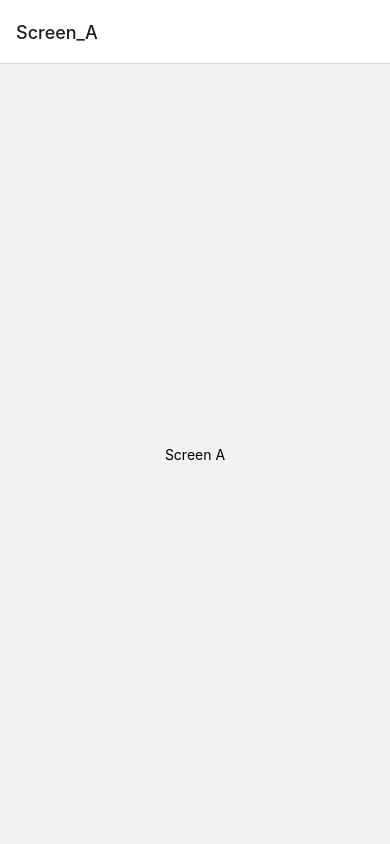
Repository: ntu34543/Navigation
Screen: /
These files come from the project's save history. The screen is drawn as it stood at one moment and after a run of saves; the edit follows.
The app was drawn by React Native's web renderer in a window 390 px wide. The project was rebuilt for these pictures with package versions that can differ from the ones it lists, and the page was loaded fresh each time.

Above is the screen before, as saved 2022-09-18 16:50:56.

### App.js
import { StatusBar } from 'expo-status-bar';
import { StyleSheet, Text, View } from 'react-native';
import { NavigationContainer } from '@react-navigation/native';
import { createStackNavigator } from '@react-navigation/stack';

const Stack = createStackNavigator();

function ScreenA(){
  return(
    <View style={styles.body}>
      <Text style={styles.text}>
        Screen A
      </Text>
    </View>
  )
}

export default function App() {
  return (
    <NavigationContainer>
      <Stack.Navigator>
        <Stack.Screen
        name="Screen_A"
        component={ ScreenA }
        />
      </Stack.Navigator>
    </NavigationContainer>
  )
}

const styles = StyleSheet.create({
  body: {
    flex: 1,
    justifyContent: 'center',
    alignItems: 'center',
  },
  text: {

  }
})

After the next 3 saves:
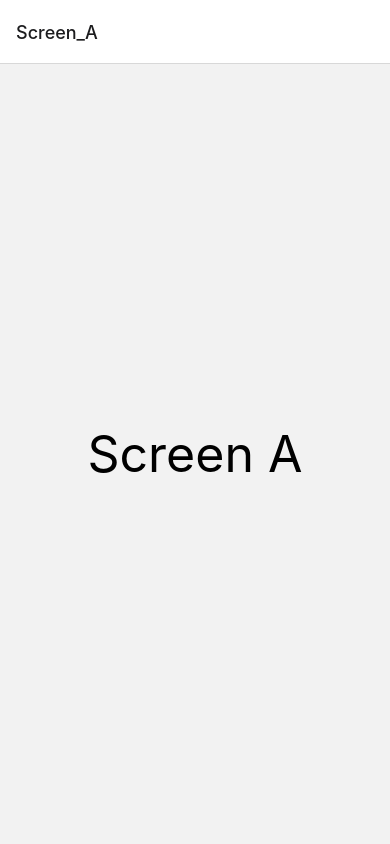
The 3 saves are shown as one change because 1 did not build or start and some came seconds apart.
The last was saved 19 s later.
--- a/App.js
+++ b/App.js
@@ -35,6 +35,7 @@ const styles = StyleSheet.create({
     alignItems: 'center',
   },
   text: {
+    fontSize: 50,
 
   }
 })
